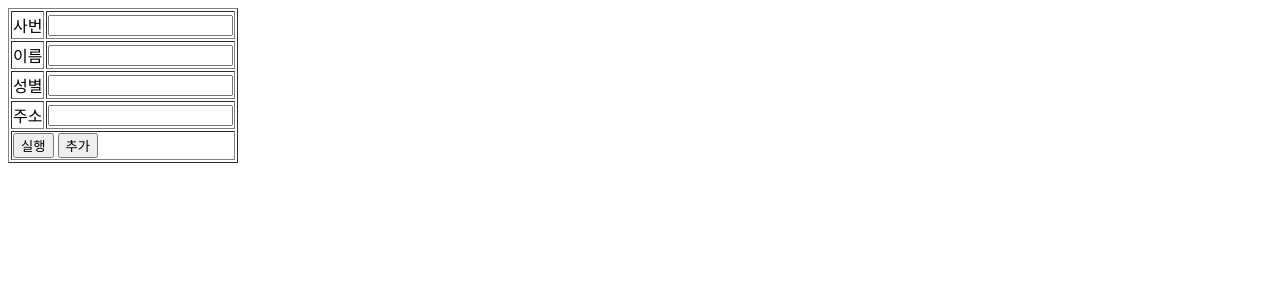
Repository: yhj961120/python-basic
Page: HELLO PYTHON/day10/templates/emp_add.html
An editor plug-in stored every save of this project. The page is shown before and after the next save, followed by the edit.
The browser window is 1280 px wide. The pictures show the whole page.

Above is the page before, as saved 2022-07-07 00:28:00.

After the next save:
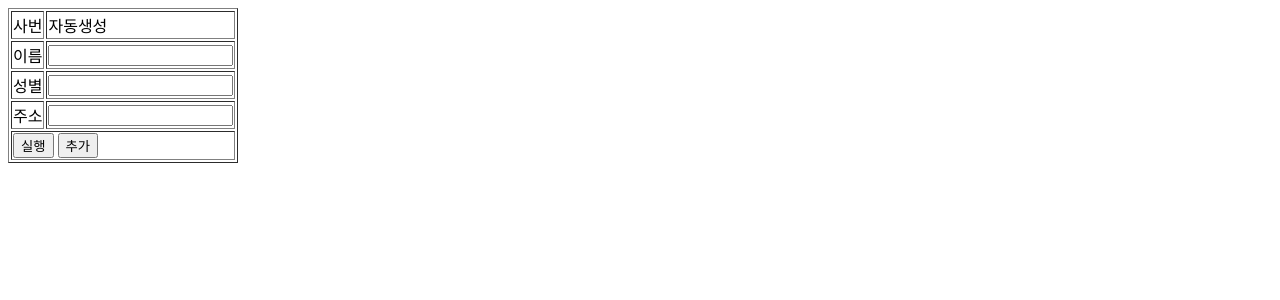
Saved 40 s later.
--- a/HELLO PYTHON/day10/templates/emp_add.html
+++ b/HELLO PYTHON/day10/templates/emp_add.html
@@ -11,7 +11,7 @@
 <table border="1px">
 	<tr>
 		<td>사번</td>
-		<td><input type="text" name="e_id" value="" /></td>
+		<td>자동생성</td>
 	</tr>
 	<tr>
 		<td>이름</td>
